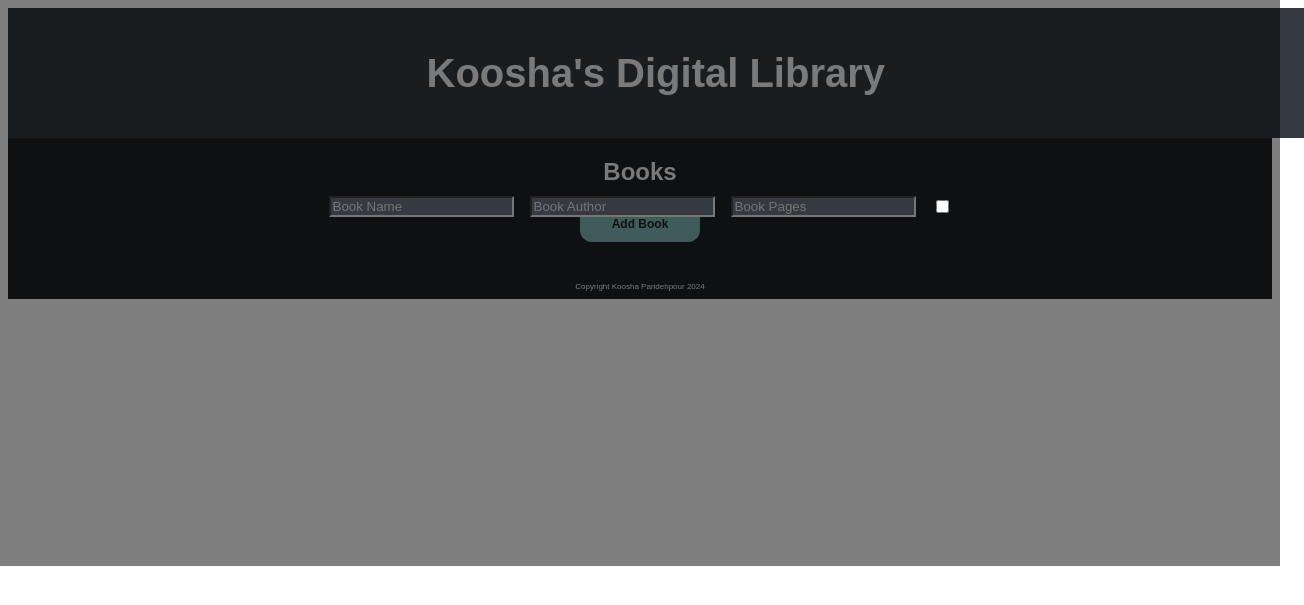
Repository: KooshaPari/odin-TTT
Page: index.html
The author's editor kept a copy of each file at every save. The page is drawn from the files as they stood at one save, then again after a run of saves.
The browser window is 1280 px wide. The page is 1304 px wide, so the pictures cover 1304 px, including what lies to the right of the window. The pictures show the whole page.

Above is the page before, as saved 2024-03-14 21:35:48.
Console error: TypeError: Document.querySelector is not a function

### index.html
<!doctype html>
<html lang="en">
  <head>
    <meta charset="UTF-8" />
    <script src="./lib.js"></script>
    <link rel="stylesheet" href="./style.css" />
    <meta name="viewport" content="width=device-width, initial-scale=1.0" />
    <title>Document</title>
  </head>
  <body>
    <div id="parent">
      <div id="header">
        <h1>Koosha's Digital Library</h1>
      </div>
      <div id="body">
        <div class="isVisible" id="bookForm">
          <form id="bookAdd">
            <input type="text" class="inpForm" id="bookName" placeholder="Book Name" />
            <input type="text" class="inpForm" id="bookAuthor" placeholder="Book Author" />
            <input type="text" class="inpForm" id="bookPages" placeholder="Book Pages" />
            <input type="checkbox" class="inpForm" id="bookRead" placeholder="Book Read" />
          </form>
        </div>
        <h2 id="title">Books</h2>
        <button id="add-book">Add Book</button>
        <ol id="book-list"></ol>
      </div>
      <div id="footer">
        <p>Copyright Koosha Paridehpour 2024</p>
      </div>
    </div>
  </body>
</html>

### lib.js
const myLibrary = []
function Book(title, author, pages, read) {
  this.title = title
  this.author = author
  this.pages = pages
  this.read = read
}

function addBookToLibrary(book) {
  myLibrary.push(book)
}
const page = Document.querySelector('#body')
const bookList = Document.querySelector('#book-list')
const bookForm = Document.querySelector('#bookForm')
/* CREATE PREMADE CARD GENERIC THAT IS CLONE & MODIFIED WITH GIVEN INFORMATION */
function render() {
  for (let book of myLibrary) {
    bookList.appendChild(createBookCard(book))
  }
}
const addBook = document.querySelector('#add-book')
addBook.addEventListener('click', () => bookAddHandler())

function bookAddHandler() {
  bookForm.classList.toggle('isVisible')
}

### style.css
* {
  font-family: sans-serif;
}
#parent {
  background-color: #1f2022;
  width: 100%;
  height: 100%;
}
#header {
  background-color: #353a40;
  padding: 1.25%;
  width: 100%;
  height: 100%;
}
#header h1 {
  color: #f6f5f5;

  font-size: 2.5em;
}
#footer p {
  color: #f6f5f5;
  font-size: 0.5em;
}

#header,
#footer,
#body {
  display: flex;
  align-items: center;
  justify-content: center;
}
#title {
  color: #f6f5f5;
}
#body {
  flex-direction: column;
}
#add-book {
  color: #1f2022;
  background-color: #7ebab5;
  border-radius: 1em;
  border: none;
  padding: 0.5em;
  height: 3em;
  width: 10em;
  font-size: 12px;
  font-weight: bold;
  -webkit-border-radius: 1em;
  -moz-border-radius: 1em;
  -ms-border-radius: 1em;
  -o-border-radius: 1em;
}
#bookForm {
  position: absolute;
  width: 100%;
  height: 100%;
  background-color: rgba(0, 0, 0, 0.5);
  align-items: center;
  justify-content: center;
  display: flex;
}
#bookAdd {
  align-items: center;
  justify-content: center;
  display: flex;
  gap: 1em;
}
.isVisible {
  visibility: visible;
}
#add-book:hover {
  background-color: #5e8d87;
}
#add-book:active {
  background-color: #3e6d67;
}
.inpForm {
  background-color: #353a40;
}
.inpForm * {
  color: #f6f5f5;
  font-size: 12px;
  font-weight: bold;
}

After the next 3 saves:
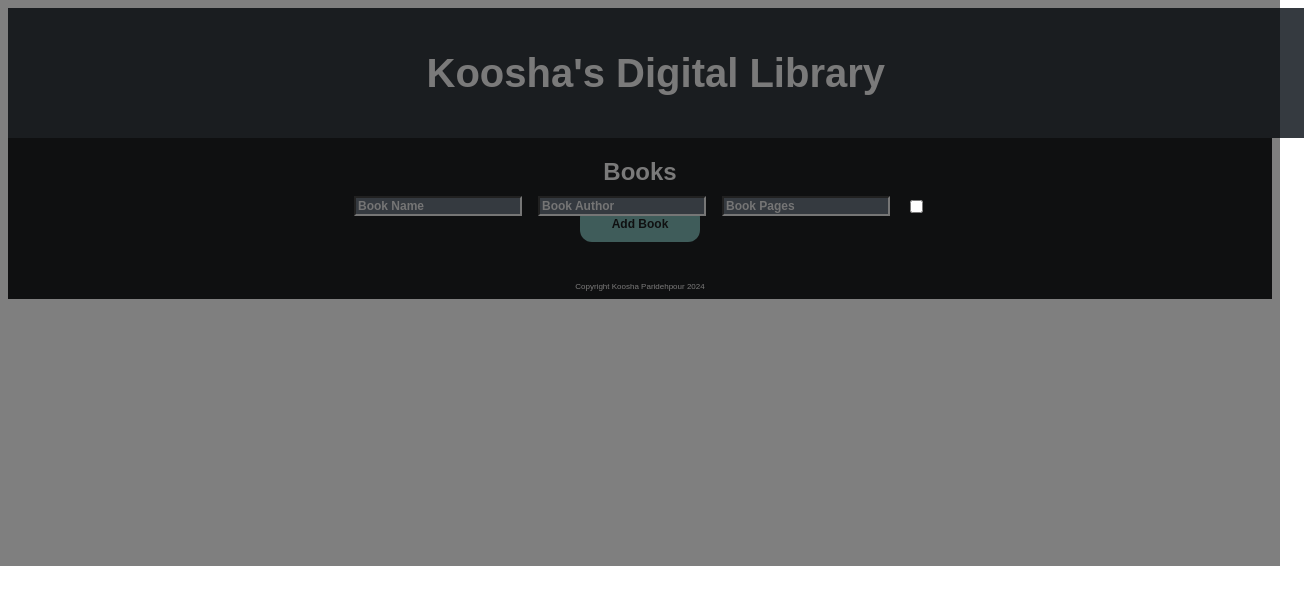
The 3 saves are shown as one change because they came seconds apart.
The last was saved 11 s later.
--- a/style.css
+++ b/style.css
@@ -77,7 +77,7 @@
 .inpForm {
   background-color: #353a40;
 }
-.inpForm * {
+.inpForm {
   color: #f6f5f5;
   font-size: 12px;
   font-weight: bold;

After the save that followed:
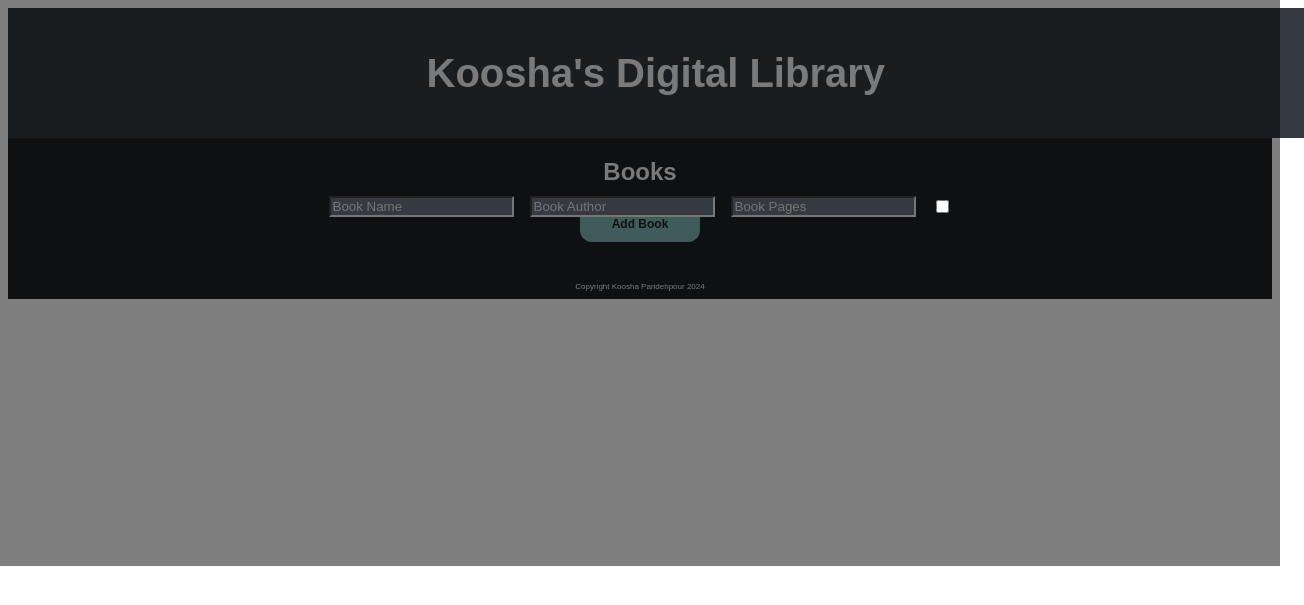
Saved 4 s later.
--- a/style.css
+++ b/style.css
@@ -77,8 +77,3 @@
 .inpForm {
   background-color: #353a40;
 }
-.inpForm {
-  color: #f6f5f5;
-  font-size: 12px;
-  font-weight: bold;
-}
